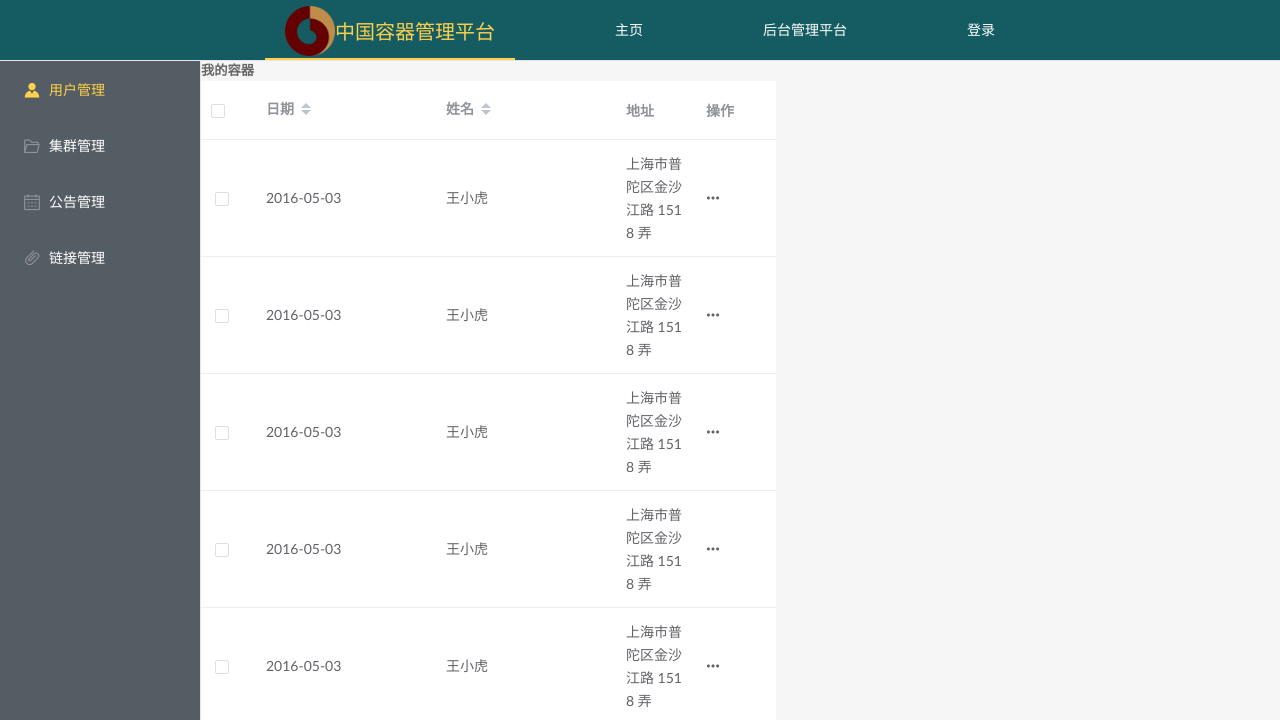
Repository: lei123zhou/zhongjin
Page: /main/management/user
These files come from the project's save history. The page is drawn as it stood at one moment and after the next save; the edit follows.
The browser window is 1280 px wide. The pictures show the whole page.
The project was rebuilt for these pictures with package versions that can differ from the ones it lists, and the page was loaded fresh each time. Also part of the build but not shown: vue.config.js.

Above is the page before, as saved 2022-08-29 22:08:57.

### src/main.js
import Vue from "vue";
import App from "./App.vue";

Vue.config.productionTip = false;
import "./plugins/element";

import "./main.less";
import router from "./route/index.js";
import store from "./store/index.js";
new Vue({
  router,
  store,
  render: (h) => h(App),
}).$mount("#app");

### src/App.vue
<template>
  <div id="app">
    <router-view></router-view>
  </div>
</template>

<script>
export default {
};
</script>

<style>
#app{
  height: 100%;
  overflow: hidden;

}
</style>>

### src/plugins/element.js
import Vue from "vue";
import {
  Button,
  Form,
  Input,
  Icon,
  FormItem,
  Loading,
  Card,
  Menu,
  MenuItem,
  Submenu,
  Table,
  TableColumn,
  Dropdown,
  DropdownMenu,
  DropdownItem,
  Tooltip,
  Popover,
  Pagination,
  Link,
  Dialog,
  Row,
  Col,
} from "element-ui";
import "element-ui/lib/theme-chalk/index.css";
Vue.use(Button);
Vue.use(Form);
Vue.use(Input);
Vue.use(Icon);
Vue.use(FormItem);
Vue.use(Card);
Vue.use(Menu);
Vue.use(MenuItem);
Vue.use(Submenu);
Vue.use(Table);
Vue.use(TableColumn);
Vue.use(Dropdown);
Vue.use(DropdownMenu);
Vue.use(DropdownItem);
Vue.use(Tooltip);
Vue.use(Popover);
Vue.use(Pagination);
Vue.use(Link);
Vue.use(Dialog);
Vue.use(Row);
Vue.use(Col);
Vue.use(Loading);

### src/main.less
@media (min-width:0px){
    html{font-size:12px;}
}
@media (min-width: 320px){
    html{font-size:12px;}
}
@media (min-width: 340px){
    html{font-size:13px;}
}
@media (min-width: 360px){
    html{font-size:14px;}
}
@media (min-width: 380px){
    html{font-size:15px;}
}
@media (min-width: 400px){
    html{font-size:15px;}
}
@media (min-width: 420px){
    html{font-size:16px;}
}
*{
    margin: 0;
    padding: 0;
}
ul,ol,li,dl{
    list-style-type: none;
}
a{
    text-decoration: none;
}
html,body{
    height: 100%;

    overflow: hidden;

}
body{
    font-family: 'Trebuchet MS', 'Lucida Sans Unicode', 'Lucida Grande', 'Lucida Sans', Arial, sans-serif;
    color: #666;
    line-height: 1.5;
}
.bottom-border,
.top-border {
  position: relative;
}

.bottom-border::after,
.top-border::before {
  content: '';
  position: absolute;
  left: 0;
  right: 0;
  height: 1px;
  background-color:#d43c33;
  transform: scaleY(0.5);
}

.top-border::before {
  top: 0;
}

.bottom-border::after {
  bottom: 0;
}

### src/route/index.js
import Vue from "vue";
import VueRouter from "vue-router";
Vue.use(VueRouter);
const originPush = VueRouter.prototype.push;
VueRouter.prototype.push = function push(location) {
  return originPush.call(this, location).catch((err) => err);
};
const routes = [
  { path: "/", redirect: "/login" },
  {
    path: "/login",
    name: "login",
    component: () => import("../pages/login/LoginPage.vue"),
  },
  {
    path: "/main",
    name: "main",
    component: () => import("../pages/main/MainPage.vue"),
    children: [
      { path: "", redirect: "/main/home" },
      {
        path: "home",
        name: "home",
        component: () => import("../pages/home/HomePage.vue"),
      },
      {
        path: "management",
        name: "management",
        component: () => import("../pages/management/ManagementPage.vue"),
        children: [
          { path: "", redirect: "/main/management/user" },
          {
            path: "user",
            name: "user",
            component: () => import("../pages/management/user/UserPage.vue"),
          },
          {
            path: "link",
            name: "link",
            component: () => import("../pages/management/link/LinkPage.vue"),
          },
          {
            path: "colony",
            name: "colony",
            component: () =>
              import("../pages/management/colony/ColonyPage.vue"),
          },
          {
            path: "notice",
            name: "notice",
            component: () =>
              import("../pages/management/notice/NoticePage.vue"),
          },
        ],
      },
    ],
  },
];
const router = new VueRouter({
  routes,
  mode: "history",
});
export default router;

### src/store/index.js
import Vue from 'vue';
import Vuex from 'vuex';
Vue.use(Vuex);
export default new Vuex.Store({
    state:{},
    getters:{},
    mutations:{}
})

### src/pages/main/MainPage.vue
<template>
  <div class="main">
    <div class="heard">
      <el-menu
        :default-active="activeIndex2"
        class="el-menu-demo"
        mode="horizontal"
        @select="handleSelect"
        background-color="#145c61"
        text-color="#fff"
        active-text-color="#ffd04b"
      >
        <el-menu-item index="1">
          <template slot="title">
            <img src="../../assets/u2.png" alt="" id="logo" />
            <span class="login-title">中国容器管理平台</span>
          </template></el-menu-item
        >
        <el-menu-item index="2">主页</el-menu-item>
        <el-menu-item index="3" @click="toManagement"
          >后台管理平台</el-menu-item
        >
        <el-menu-item index="null">登录</el-menu-item>
      </el-menu>
    </div>
    <router-view></router-view>
  </div>
</template>

<script>
export default {
  data() {
    return {
      activeIndex: "1",
      activeIndex2: "1",
    };
  },
  methods: {
    handleSelect(key, keyPath) {
      console.log(key, keyPath);
    },
    toManagement() {
      this.$router.push("/main/management");
    },
  },
};
</script>
<style lang="less" scoped>
.main {
  display: flex;
  flex-direction: column;
  justify-content: start;
  background-color: #f6f6f6;
  height: 100%;
  .heard {
    width: 100%;
    background-color: "#145c61";
  }
}
.login-title {
  font-size: 20px;
  line-height: 61px;
}
.clearfix {
  display: flex;
  align-content: center;
  justify-content: space-around;
}
#logo {
  width: 50px;
}
/deep/.el-menu.el-menu--horizontal {
  display: flex;
  justify-content: center;
  li {
    margin: 0 40px;
    padding: 0 20px;
  }
}
</style>

### src/pages/management/ManagementPage.vue
<template>
  <div class="manangement">
    <el-menu
      default-active="user"
      class="el-menu-vertical-demo"
      @open="handleOpen"
      @close="handleClose"
      background-color="#545c64"
      text-color="#fff"
      active-text-color="#ffd04b"
      router
    >
      <el-menu-item index="user">
        <i class="el-icon-s-custom"></i>
        <span slot="title">用户管理</span>
      </el-menu-item>
      <el-menu-item index="colony">
        <i class="el-icon-folder-opened"></i>
        <span slot="title">集群管理</span>
      </el-menu-item>
      <el-menu-item index="notice">
        <i class="el-icon-date"></i>
        <span slot="title">公告管理</span>
      </el-menu-item>
      <el-menu-item index="link">
        <i class="el-icon-paperclip"></i>
        <span slot="title">链接管理</span>
      </el-menu-item>
    </el-menu>
    <router-view></router-view>
  </div>
</template>

<script>
export default {
  methods: {
    handleOpen(key, keyPath) {
      console.log(key, keyPath);
    },
    handleClose(key, keyPath) {
      console.log(key, keyPath);
    },
  },
};
</script>

<style lang="less" scoped>
.manangement {
  display: flex;
  width: 100%;
  height: 100%;
  .el-menu{
    width: 200px;
  }
}

</style>

### src/pages/management/user/UserPage.vue
<template>
  <div class="user">
    <h5 class="title">我的容器</h5>
    <el-table
      ref="multipleTable"
      :data="tableData"
      tooltip-effect="dark"
      style="width: 100%"
      @selection-change="handleSelectionChange"
    >
      <el-table-column type="selection" width="55"> </el-table-column>
      <el-table-column prop="date" label="日期" sortable width="180">
      </el-table-column>
      <el-table-column prop="name" label="姓名" sortable width="180">
      </el-table-column>
      <el-table-column prop="address" label="地址" :formatter="formatter">
      </el-table-column>
      <el-table-column label="操作">
        <el-popover placement="right" width="40" trigger="hover">
          <template slot-scope="scope">
            <el-button size="mini" @click="handleEdit(scope.$index, scope.row)"
              >编辑</el-button
            >
            <el-button
              size="mini"
              type="danger"
              @click="handleDelete(scope.$index, scope.row)"
              >删除</el-button
            >
          </template>
          <i slot="reference" class="el-icon-more"></i>
        </el-popover>
      </el-table-column>
    </el-table>
    <el-pagination background layout="prev, pager, next" :total="1000">
    </el-pagination>
    <div style="margin-top: 20px" v-if="allDel">
      <el-button @click="toggleSelection([tableData[1], tableData[2]])"
        >全部删除</el-button
      >
      <el-button @click="toggleSelection()">取消选择</el-button>
    </div>
  </div>
</template>

<script>
export default {
  data() {
    return {
      allDel: false,
      tableData: [
        {
          date: "2016-05-03",
          name: "王小虎",
          address: "上海市普陀区金沙江路 1518 弄",
        },
        {
          date: "2016-05-03",
          name: "王小虎",
          address: "上海市普陀区金沙江路 1518 弄",
        },
        {
          date: "2016-05-03",
          name: "王小虎",
          address: "上海市普陀区金沙江路 1518 弄",
        },
        {
          date: "2016-05-03",
          name: "王小虎",
          address: "上海市普陀区金沙江路 1518 弄",
        },
        {
          date: "2016-05-03",
          name: "王小虎",
          address: "上海市普陀区金沙江路 1518 弄",
        },
        {
          date: "2016-05-03",
          name: "王小虎",
          address: "上海市普陀区金沙江路 1518 弄",
        },
        {
          date: "2016-05-03",
          name: "王小虎",
          address: "上海市普陀区金沙江路 1518 弄",
        },
        {
          date: "2016-05-03",
          name: "王小虎",
          address: "上海市普陀区金沙江路 1518 弄",
        },
        {
          date: "2016-05-03",
          name: "王小虎",
          address: "上海市普陀区金沙江路 1518 弄",
        },
        {
          date: "2016-05-02",
          name: "王小虎",
          address: "上海市普陀区金沙江路 1518 弄",
        },
        {
          date: "2016-05-04",
          name: "王小虎",
          address: "上海市普陀区金沙江路 1518 弄",
        },
        {
          date: "2016-05-01",
          name: "王小虎",
          address: "上海市普陀区金沙江路 1518 弄",
        },
      ],
    };
  },
  methods: {
    toggleSelection(rows) {
      if (rows) {
        rows.forEach((row) => {
          this.$refs.multipleTable.toggleRowSelection(row);
        });
      } else {
        this.$refs.multipleTable.clearSelection();
      }
    },
    handleSelectionChange(val) {
      this.multipleSelection = val;
      this.allDel = !this.allDel;
    },
    // 编辑删除
    handleEdit(index, row) {
      console.log(index, row);
    },
    handleDelete(index, row) {
      console.log(index, row);
    },

    formatter(row) {
      return row.address;
    },
  },
};
</script>

<style></style>

Loaded but not shown: public/index.html (common file)

After the next save:
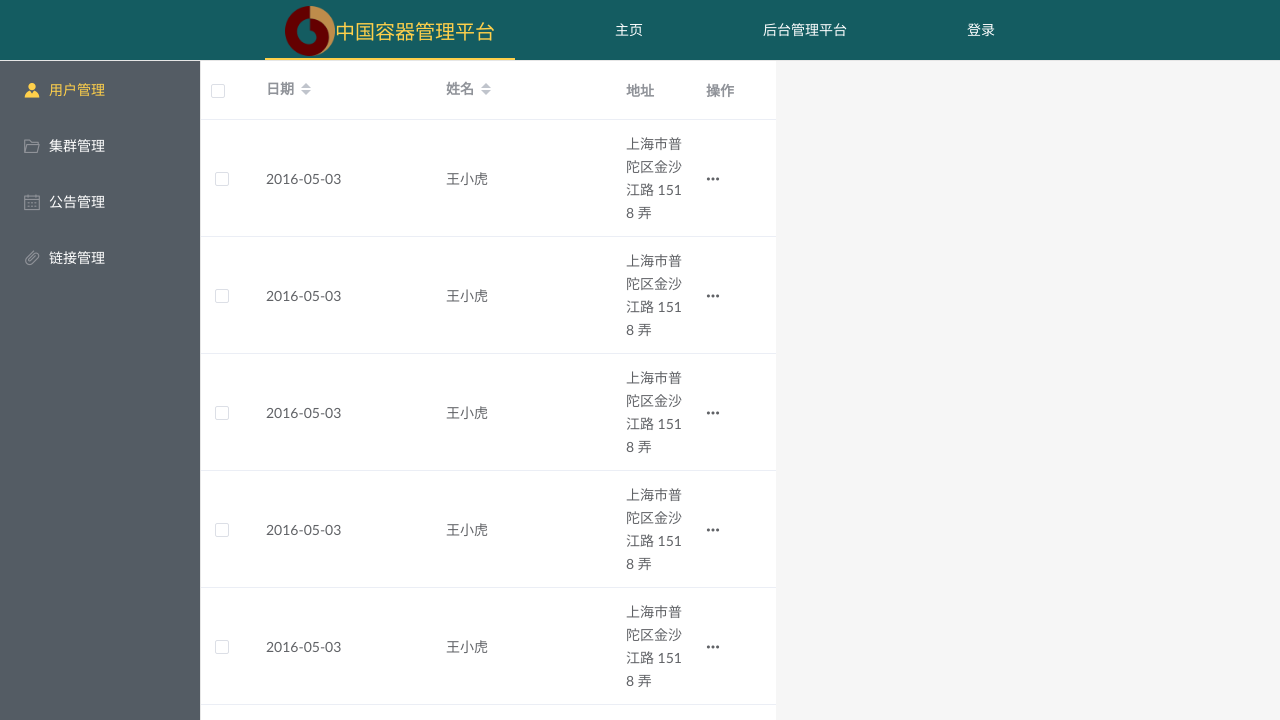
Saved 52 s later.
--- a/src/pages/management/user/UserPage.vue
+++ b/src/pages/management/user/UserPage.vue
@@ -1,6 +1,5 @@
 <template>
   <div class="user">
-    <h5 class="title">我的容器</h5>
     <el-table
       ref="multipleTable"
       :data="tableData"
